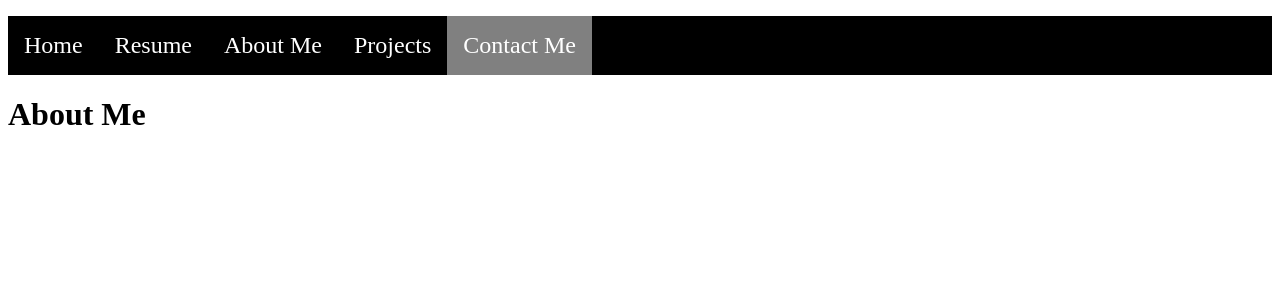
Repository: pflores002/pflores002.github.io
Page: contactme.html
The author's editor kept a record of every edit. The page is drawn from the files as they stood at one moment, then again after the next edit.
The browser window is 1280 px wide. The pictures show the whole page.

Above is the page before.

After the next edit:
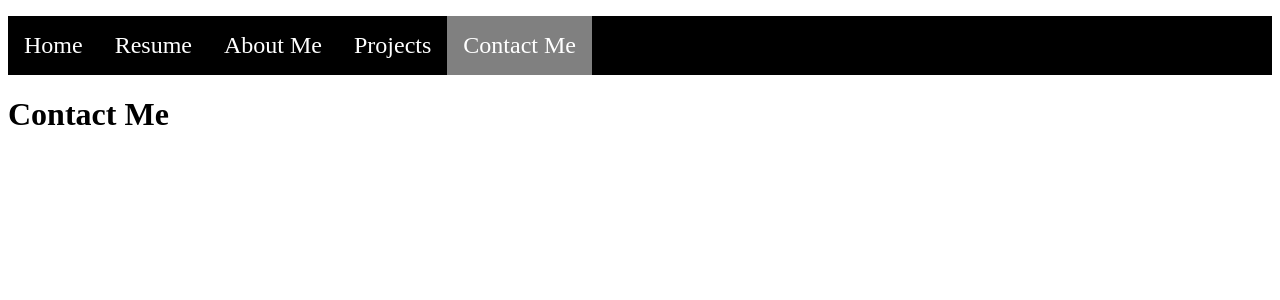
The edit:
--- a/contactme.html
+++ b/contactme.html
@@ -22,7 +22,7 @@
 
         </ul>
 
-        <h1>About Me</h1>
+        <h1>Contact Me</h1>
 
 
 
